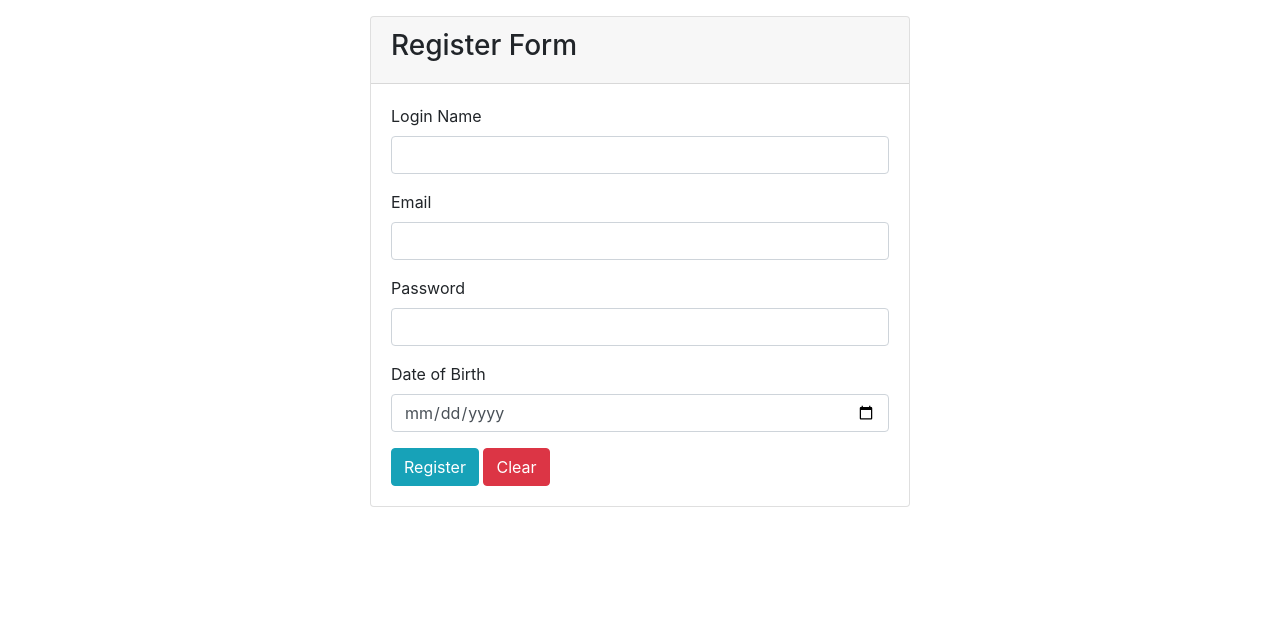
Repository: HsuMon123/Testing-Java-EE
Page: http://localhost/02-hello-servlet/
An editor plug-in stored every save of this project. The page is shown before and after the next save, followed by the edit.
The browser window is 1280 px wide. The pictures show the whole page.
The page is served by Tomcat 9.

Above is the page before, as saved 2020-12-16 04:30:06.

After the next save:
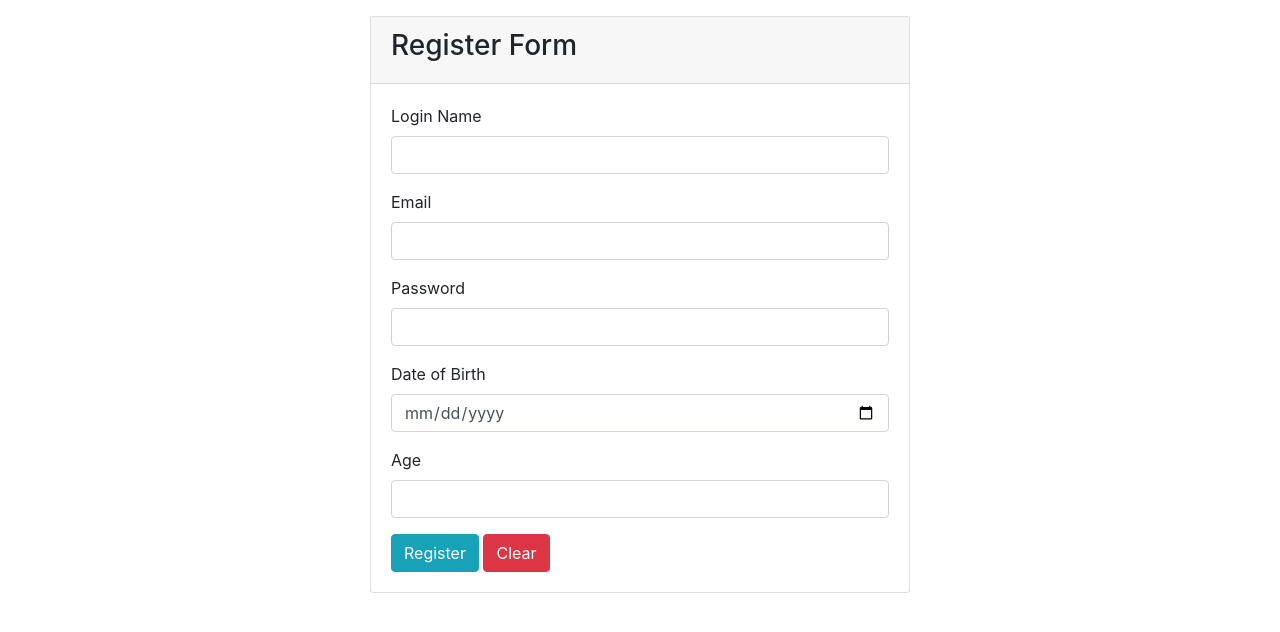
Saved 2 min 31 s later.
--- a/02-hello-servlet/src/main/webapp/index.jsp
+++ b/02-hello-servlet/src/main/webapp/index.jsp
@@ -36,6 +36,10 @@
 							<label for="">Date of Birth</label>
 							<input type="date" name="dob" class="form-control" />
 						</div>
+						<div class="form-group">
+							<label for="">Age</label>
+							<input type="number" name="age" class="form-control" />
+						</div>
 						<button type="submit" class="btn btn-info">Register</button>
 						<button type="reset" class="btn btn-danger">Clear</button>
 					</form>
